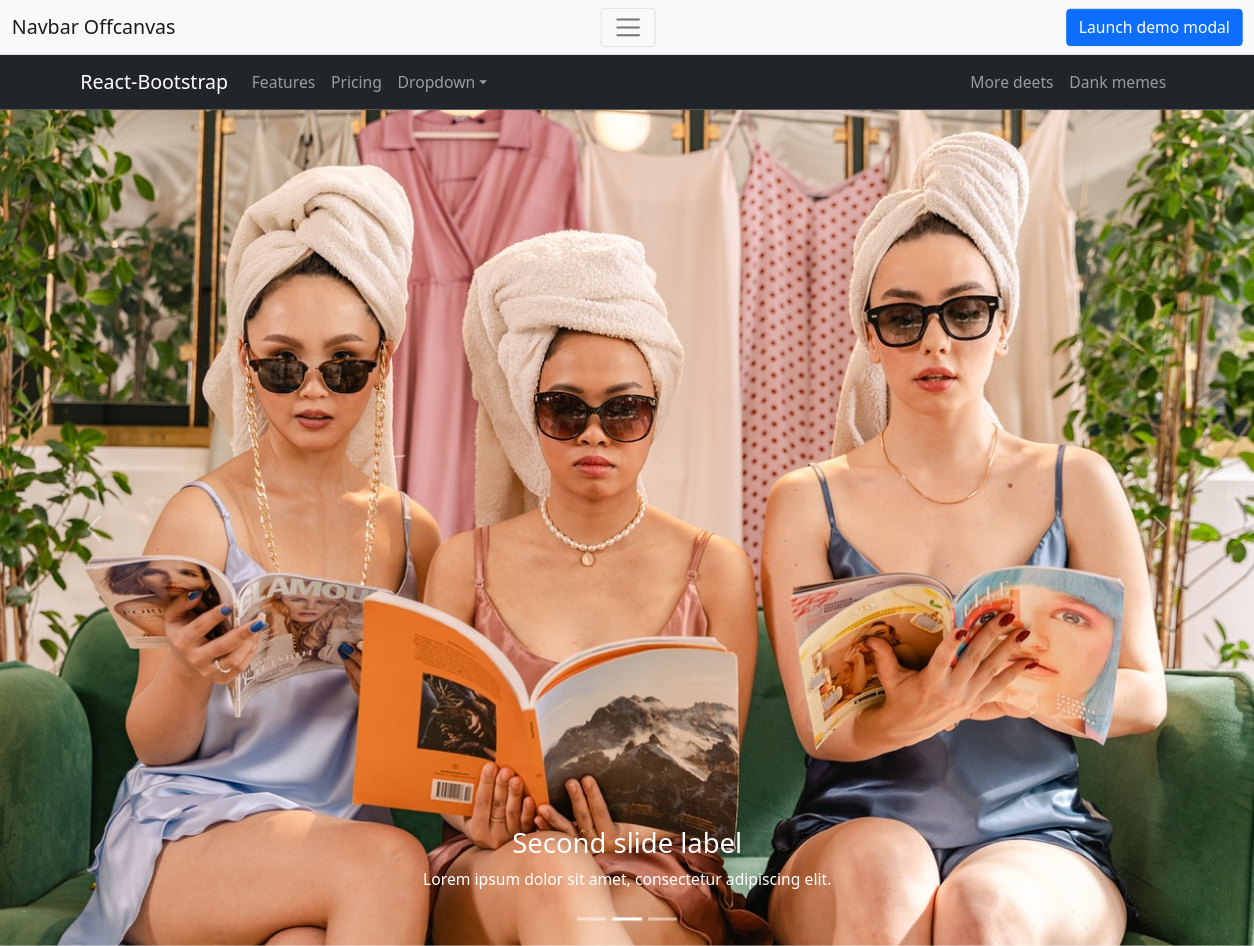
Repository: Yanira13/PruebaCodebay
Page: /
These files come from the project's save history. The page is drawn as it stood at one moment and after a run of saves; the edit follows.
The browser window is 1280 px wide. The pictures show the whole page, at 98% of full size.
The project was rebuilt for these pictures with package versions that can differ from the ones it lists, and the page was loaded fresh each time. Also part of the build but not shown: src/App.css.

Above is the page before, as saved 2021-12-14 21:42:43.

After the next 2 saves:
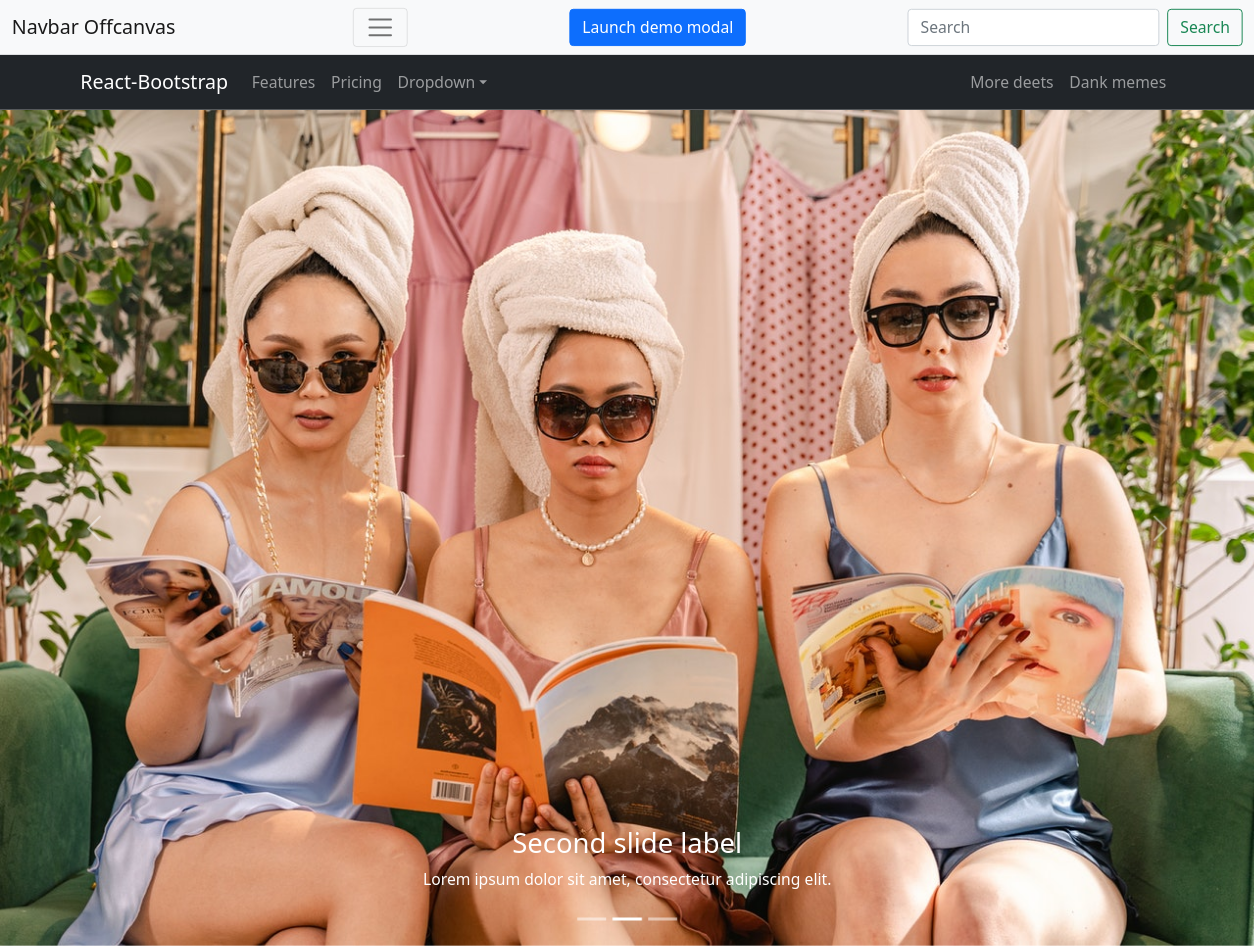
The 2 saves are shown as one change because they came seconds apart.
The last was saved 11 s later.
--- a/src/pages/Home/components/headerShop/HeaderShop.js
+++ b/src/pages/Home/components/headerShop/HeaderShop.js
@@ -32,6 +32,15 @@ export default function HeaderShop (){
                     </Offcanvas.Body>
                 </Navbar.Offcanvas>
                 <Login/>
+                <Form className="d-flex">
+                        <FormControl
+                            type="search"
+                            placeholder="Search"
+                            className="me-2"
+                            aria-label="Search"
+                        />
+                        <Button variant="outline-success">Search</Button>
+                        </Form>
             </Container>
         </Navbar>
     )
